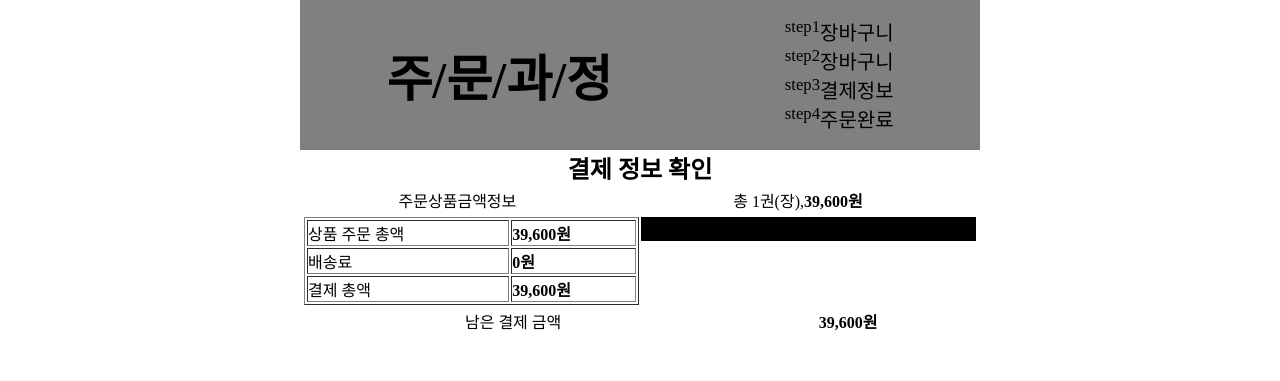
Repository: kym-1000/book
Page: http://localhost/book/WEB-INF/views/cart/pay.jsp
The author's editor kept a copy of each file at every save. The page is drawn from the files as they stood at one save, then again after a run of saves.
The browser window is 1280 px wide. The pictures show the whole page.
The page is served by Tomcat 9. Nobody is signed in. Other server files are loaded and not shown. The template is opened directly, without the code that normally fills it, so the values that code supplies are empty.

Above is the page before, as saved 2023-01-02 07:45:32.

### book/book/src/main/webapp/WEB-INF/views/cart/pay.jsp
<%@ page language="java" contentType="text/html; charset=UTF-8"
    pageEncoding="UTF-8"%>
<!DOCTYPE html>
<html>
<head>
<meta charset="UTF-8">
<title>Insert title here</title>

<style type="text/css">
	*{
		margin: auto;
		padding: 0;
		}

	#pay{
		text-align: center;
		display : flex;
		align-items : center;

	}


</style>
</head>
<body>

	<jsp:include page="../cart/cartheader.jsp"></jsp:include>




	<h2 style="text-align: center;"> 결제 정보 확인</h2>

	<div id="pay">

	<form action="" method="post">

            <table width="670" border="0" cellpadding="2" cellspacing="1" class="step2_paytable1" style=" border-bottom:0px;">
              <tbody><tr>
                <td height="28" >주문상품금액정보</td>
                <td height="28">&nbsp;&nbsp; 총 <span ><span>1</span></span>권(장),<strong><span >39,600</span></font>원</strong></td>
              </tr>
            </tbody></table>
            <table >
              <tbody><tr>
                <td width="335" height="28" align="left" valign="top" class="td3">
                <table width="335" border="1">
                  <tbody>
                    <tr>
                      <td class="td1">상품 주문 총액  </td>
                      <td class="td2"><strong><span id="SubPay_Set_lblItemPrice">39,600</span></font>원</strong></td>
                    </tr>
                    <tr>
                      <td class="td1">배송료</td>
                      <td class="td2"><strong><span >0</span></font>원</strong></td>
                    </tr>
                    <tr>
                      <td class="td1">결제 총액</td>
                      <td class="td2"><strong>39,600</font>원</strong></td>
                    </tr>

                  </tbody>
                </table>
                </td>
                <td width="335" height="28" align="left" valign="top" class="td4">

                <span id="curExchangeCashMoney" style="display:none;">0</span><span id="curEBookCashMoney" style="display:none;">0</span><span id="curSaveMoneyBranchEBook" style="display:none;">0</span><span id="curSaveMoneyBranchForeign" style="display:none;">0</span><span id="curSaveMoneyBranchUsed" style="display:none;">0</span>
                <table width="335" border="0" cellpadding="0" cellspacing="0" bgcolor="0" class="step2_paytable3">

                  <tbody>
                    <tr>
                      <td class="td1">회원할인금액</td>
                      <td class="td2"><span>0</span>원</td>
                    </tr>

                     <tr style="display:none;">
                      <td class="td1">할인 총액 </td>
                      <td class="td2"><span >0</span>원</td>
                    </tr>

                  </tbody>
                </table>
                </td>
                </tr>
            </tbody></table>
            <table width="670" border="0" cellpadding="0" cellspacing="0"  style=" border-top:0px;">
              <tbody><tr>
                <td height="28" class="td5 popup">남은 결제 금액</td>
                <td height="28" class="td6"><strong><span >39,600</span></font>원</strong></td>
              </tr>
            </tbody></table>

		</form>

		</div>



</body>
</html>

### book/book/src/main/webapp/WEB-INF/views/cart/cartheader.jsp
<%@ page language="java" contentType="text/html; charset=UTF-8"
    pageEncoding="UTF-8"%>
<%@ taglib uri="http://java.sun.com/jsp/jstl/core" prefix="c" %>
<!DOCTYPE html>
<html>
<head>
<meta charset="UTF-8">
<title>Insert title here</title>
<style type="text/css">

	#pagetop{
		margin-left: 300px;
		margin-right: 300px;
	    background-color: grey;
	    font-size: 20px;
		height: 150px;
		display : flex;
	  	/* justify-content : center; */
	  	align-items : center;
	}

</style>
</head>
<body>


	<div id="pagetop">
		<h2 style="text-align: left; font-size: 50px">
			주/문/과/정
		</h2>
		<div style="text-align: right;">

		<c:choose >
		<c:when test="${msg eq 1}">
		<div style="color: red">
		<sup>step1</sup>장바구니
		</div>
		</c:when>
		<c:otherwise>
		<div>
		<sup>step1</sup>장바구니
		</div>
		</c:otherwise>
		</c:choose>

		<c:choose>
		<c:when test="${msg eq 2}">
		<div style="color: red">
		<sup>step2</sup>배송정보
		</div>
		</c:when>
		<c:otherwise>
		<div>
		<sup>step2</sup>장바구니
		</div>
		</c:otherwise>
		</c:choose>

		<c:choose>
		<c:when test="${msg eq 3}">
		<div style="color: red">
		<sup>step3</sup>결제정보
		</div>
		</c:when>
		<c:otherwise>
		<div>
		<sup>step3</sup>결제정보
		</div>
		</c:otherwise>
		</c:choose>

		<c:choose>
		<c:when test="${msg eq 4}">
		<div style="color: red">
		<sup>step4</sup>주문완료
		</div>
		</c:when>
		<c:otherwise>
		<div>
		<sup>step4</sup>주문완료
		</div>
		</c:otherwise>
		</c:choose>

		</div>
	</div>

</body>
</html>

After the next 2 saves:
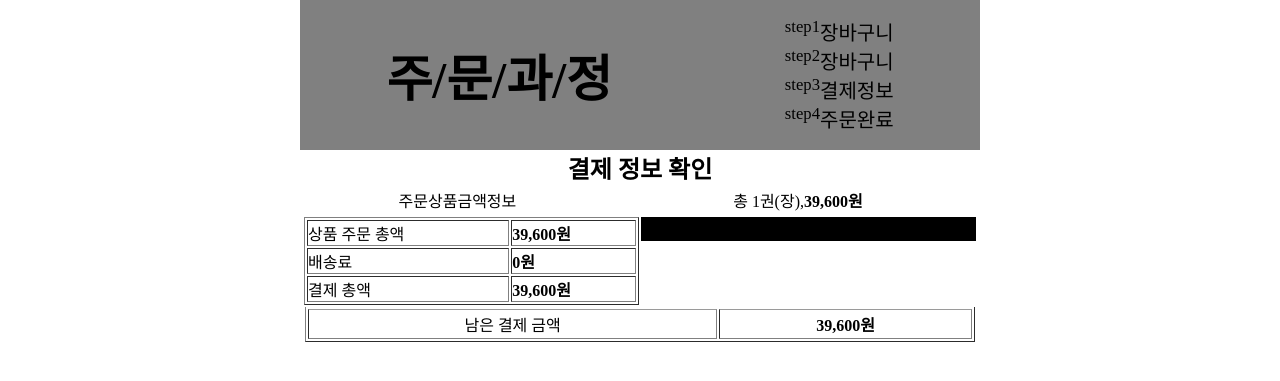
The 2 saves are shown as one change because they came seconds apart.
The last was saved 9 s later.
--- a/book/book/src/main/webapp/WEB-INF/views/cart/pay.jsp
+++ b/book/book/src/main/webapp/WEB-INF/views/cart/pay.jsp
@@ -83,7 +83,7 @@
                 </td>
                 </tr>
             </tbody></table>
-            <table width="670" border="0" cellpadding="0" cellspacing="0"  style=" border-top:0px;">
+            <table width="670" border="1"  style=" border-top:0px;">
               <tbody><tr>
                 <td height="28" class="td5 popup">남은 결제 금액</td>
                 <td height="28" class="td6"><strong><span >39,600</span></font>원</strong></td>
